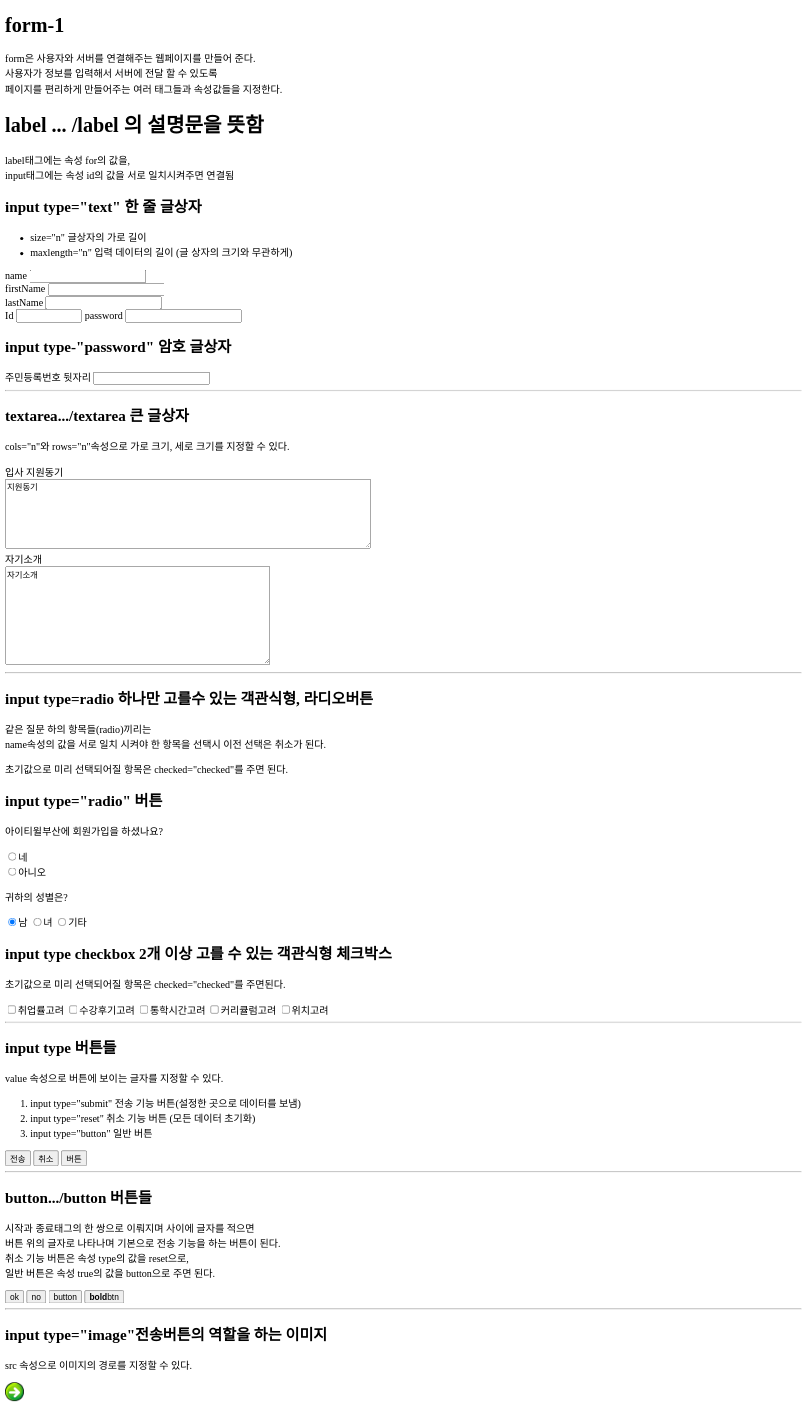
Repository: ReadStar/Web
Page: Html/html5/WebContent/form-1.html
These files come from the project's save history. The page is drawn as it stood at one moment and after a run of saves; the edit follows.
The browser window is 1280 px wide. The pictures show the whole page, at 63% of full size.

Above is the page before, as saved 2020-08-06 08:14:03.

### Html/html5/WebContent/form-1.html
<!DOCTYPE html>
<html>
<head>
<meta charset="UTF-8">
<title>Insert title here</title>
</head>
<body>
<h1>form-1</h1>
<p>form은 사용자와 서버를 연결해주는 웹페이지를 만들어 준다.<br>
	사용자가 정보를 입력해서 서버에 전달 할 수 있도록<br>
	페이지를 편리하게 만들어주는 여러 태그들과 속성값들을 지정한다.
</p>
<form action="test.jsp" method="get">
<h1>label ... /label 의 설명문을 뜻함</h1>
<p>label태그에는 속성 for의 값을,<br>
  input태그에는 속성 id의 값을 서로 일치시켜주면 연결됨</p>
<h2>input type="text" 한 줄 글상자</h2>
<ul>
<li>size="n" 글상자의 가로 길이</li>
<li>maxlength="n" 입력 데이터의 길이 (글 상자의 크기와 무관하게) </li>
</ul>
	<label for="name">name</label> <input type="text" id="name"><br>
	<label for="f-name">firstName</label> <input type="text" id="f-name"><br>
	<label for="l-name">lastName</label> <input type="text" id="l-name"><br>
	<label for="id">Id</label> <input type="text" id="Id" maxlength="6" size="10">
	<label for="pwd">password</label> <input type="password" id="pwd" maxlength="12"><br>
<h2>input type-"password" 암호 글상자</h2>
	<label for="pass">주민등록번호 뒷자리</label> <input type="password" id="pass" maxlength="7"><br>
<hr>
<h2>textarea.../textarea 큰 글상자</h2>
<p>cols="n"와 rows="n"속성으로 가로 크기, 세로 크기를 지정할 수 있다.</p>
<label>입사 지원동기<br>
<textarea rows="7" cols="70">지원동기</textarea><br>
</label>


<label for="txt02">자기소개</label><br>
<textarea rows="10" cols="50">자기소개</textarea>
<hr>
<h2>input type=radio 하나만 고를수 있는 객관식형, 라디오버튼</h2>
<p>같은 질문 하의 항목들(radio)끼리는<br>
	name속성의 값을 서로 일치 시켜야 한 항목을 선택시 이전 선택은 취소가 된다.</p>
	초기값으로 미리 선택되어질 항목은 checked="checked"를 주면 된다.
<h2>input type="radio" 버튼</h2>
<p>아이티윌부산에 회원가입을 하셨나요?</p>
<label><input type="radio" name="itw-m">네</label><br>
<label><input type="radio" name="itw-m">아니오</label>

<p>귀하의 성별은?</p>
<label><input type="radio" name="gender" checked="checked">남</label>
<label><input type="radio" name="gender">녀</label>
<label><input type="radio" name="gender">기타</label>

<h2>input type checkbox 2개 이상 고를 수 있는 객관식형 체크박스</h2>
<p>초기값으로 미리 선택되어질 항목은 checked="checked"를 주면된다.</p>
<label><input type="checkbox" name="check">취업률고려</label>
<label><input type="checkbox" name="check">수강후기고려</label>
<label><input type="checkbox" name="check">통학시간고려</label>
<label><input type="checkbox" name="check">커리큘럼고려</label>
<label><input type="checkbox" name="check">위치고려</label>

<hr>
<h2>input type 버튼들</h2>
<p> value 속성으로 버튼에 보이는 글자를 지정할 수 있다.</p>
<ol>
<li>input type="submit" 전송 기능 버튼(설정한 곳으로 데이터를 보냄)</li>
<li>input type="reset" 취소 기능 버튼 (모든 데이터 초기화)</li>
<li>input type="button" 일반 버튼</li>
</ol>

<input type="submit" value="전송">
<input type="reset" value="취소">

<input type="button" value="버튼" onclick="alert('아무것도아님')"><br>

<hr>
<h2>button.../button 버튼들</h2>
<p>시작과 종료태그의 한 쌍으로 이뤄지며 사이에 글자를 적으면<br>
버튼 위의 글자로 나타나며 기본으로 전송 기능을 하는 버튼이 된다.<br>
취소 기능 버튼은 속성 type의 값을  reset으로,<br>
일반 버튼은 속성 true의 값을 button으로 주면 된다.</p>
<button>ok</button>
<button type="reset">no</button>

<button type="button" onmouseover="alert('조심')">button</button>
<button type="button"><b>bold</b>btn</button>

<hr>
<h2>input type="image"전송버튼의 역할을 하는 이미지</h2>
<p>src 속성으로 이미지의 경로를 지정할 수 있다.</p>

<input type="image" src="img.gif" width="30" height="30">
</form>

</body>
</html>

After the next 2 saves:
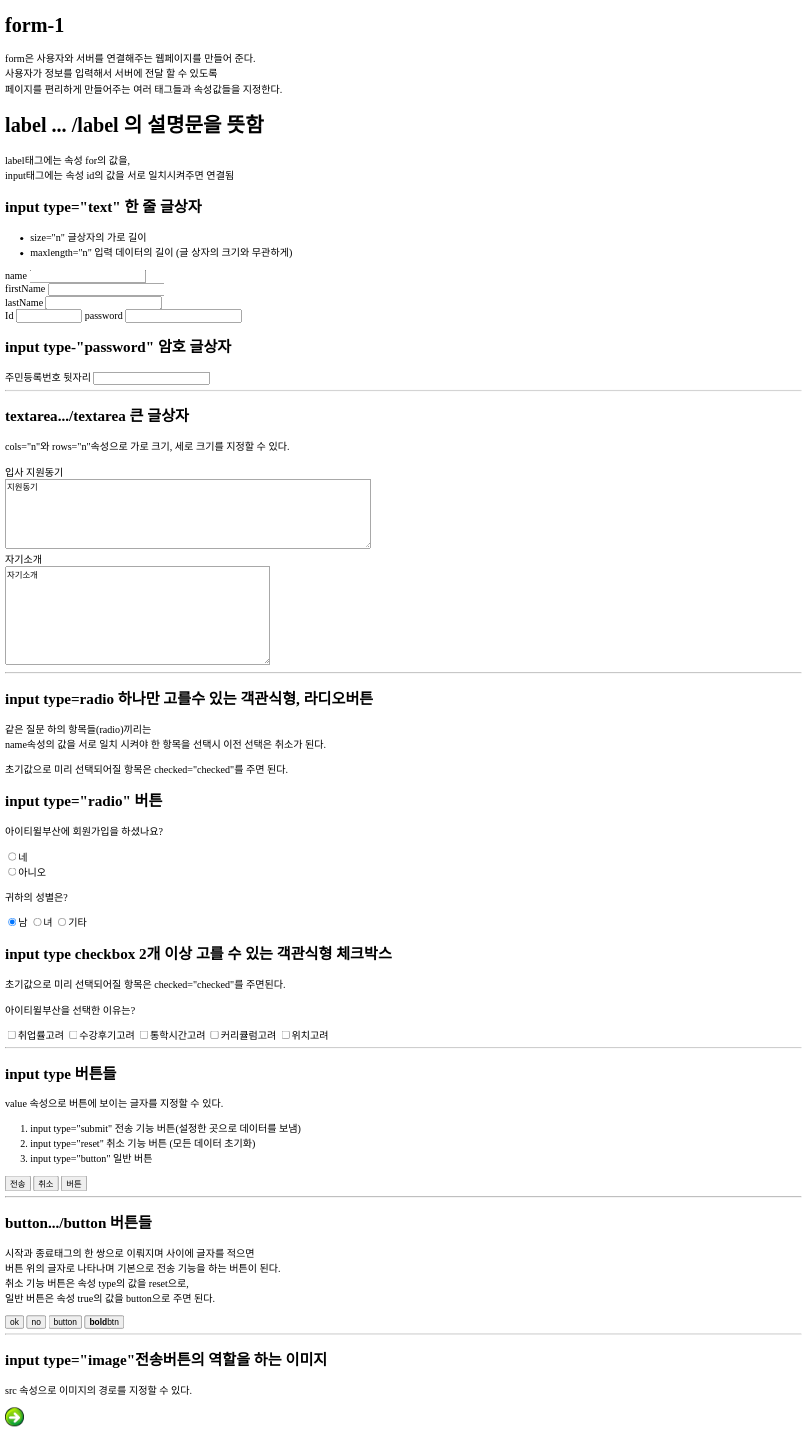
The 2 saves are shown as one change because they came seconds apart.
The last was saved 56 s later.
--- a/Html/html5/WebContent/form-1.html
+++ b/Html/html5/WebContent/form-1.html
@@ -53,6 +53,8 @@
 
 <h2>input type checkbox 2개 이상 고를 수 있는 객관식형 체크박스</h2>
 <p>초기값으로 미리 선택되어질 항목은 checked="checked"를 주면된다.</p>
+
+<p>아이티윌부산을 선택한 이유는?</p>
 <label><input type="checkbox" name="check">취업률고려</label>
 <label><input type="checkbox" name="check">수강후기고려</label>
 <label><input type="checkbox" name="check">통학시간고려</label>
